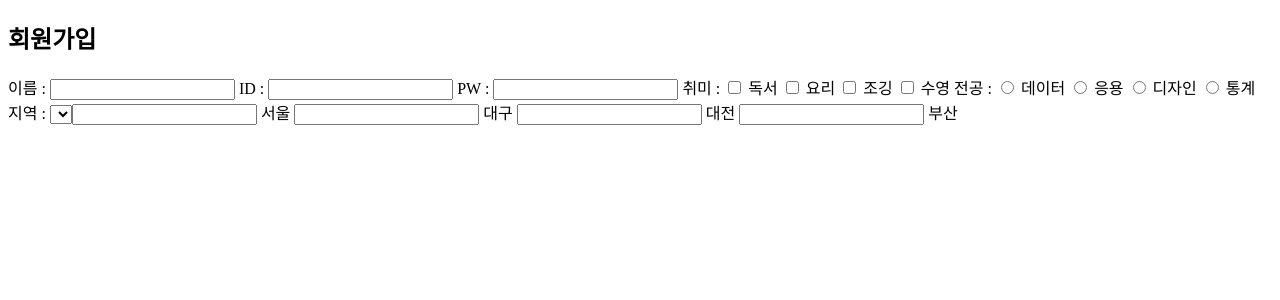
Repository: xxihyun0830/JSP
Page: http://localhost/Day3_getpost/join.jsp
These files come from the project's save history. The page is drawn as it stood at one moment and after the next save; the edit follows.
The browser window is 1280 px wide. The pictures show the whole page.
The page is served by Tomcat 9. Other server files are loaded and not shown.

Above is the page before, as saved 2019-07-11 04:26:24.

### Day3_getpost/WebContent/join.jsp
<%@ page language="java" contentType="text/html; charset=utf-8"
    pageEncoding="utf-8"%>
<!DOCTYPE html>
<html>
<head>
<meta charset="utf-8">
<title>가입창_내가 하는 실습</title>
</head>
<body>
<h2>회원가입</h2>
<tr>
<form action = "JoinOK.java" method = "get">
이름 : <input type = "text" name = "name" >
ID : <input type = "text" name = "id">
PW : <input type = "password" name = "pw">
취미 : <input type = "checkbox" name = "hobby"> 독서
      <input type = "checkbox" name = "hobby"> 요리
      <input type = "checkbox" name = "hobby"> 조깅
      <input type = "checkbox" name = "hobby"> 수영
전공 : <input type = "radio" name = "major"> 데이터
      <input type = "radio" name = "major"> 응용
      <input type = "radio" name = "major"> 디자인
      <input type = "radio" name = "major"> 통계
지역 : <select>
      <input type = "text" name = "region"> 서울
      <input type = "text" name = "region"> 대구
      <input type = "text" name = "region"> 대전
      <input type = "text" name = "region"> 부산

</select>
</form>

</body>
</html>

After the next save:
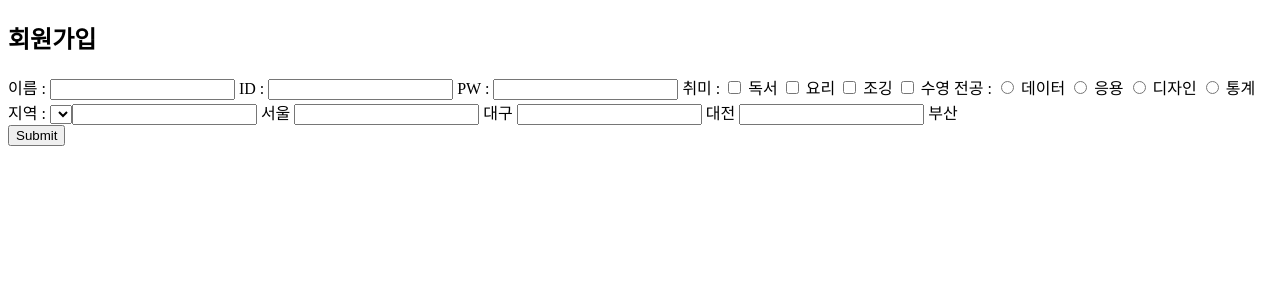
Saved 9 min 4 s later.
--- a/Day3_getpost/WebContent/join.jsp
+++ b/Day3_getpost/WebContent/join.jsp
@@ -13,10 +13,10 @@
 이름 : <input type = "text" name = "name" >
 ID : <input type = "text" name = "id">
 PW : <input type = "password" name = "pw">
-취미 : <input type = "checkbox" name = "hobby"> 독서
-      <input type = "checkbox" name = "hobby"> 요리
-      <input type = "checkbox" name = "hobby"> 조깅
-      <input type = "checkbox" name = "hobby"> 수영
+취미 : <input type = "checkbox" name = "hobby" value = "reading"> 독서
+      <input type = "checkbox" name = "hobby" value = "cooking"> 요리
+      <input type = "checkbox" name = "hobby" value = "jogging"> 조깅
+      <input type = "checkbox" name = "hobby" value = "swinmin"> 수영
 전공 : <input type = "radio" name = "major"> 데이터
       <input type = "radio" name = "major"> 응용
       <input type = "radio" name = "major"> 디자인
@@ -26,9 +26,10 @@
       <input type = "text" name = "region"> 대구
       <input type = "text" name = "region"> 대전
       <input type = "text" name = "region"> 부산
-
 </select>
 </form>
 
+<input type = "submit" ㅜ믇value = "전송">
+
 </body>
 </html>
